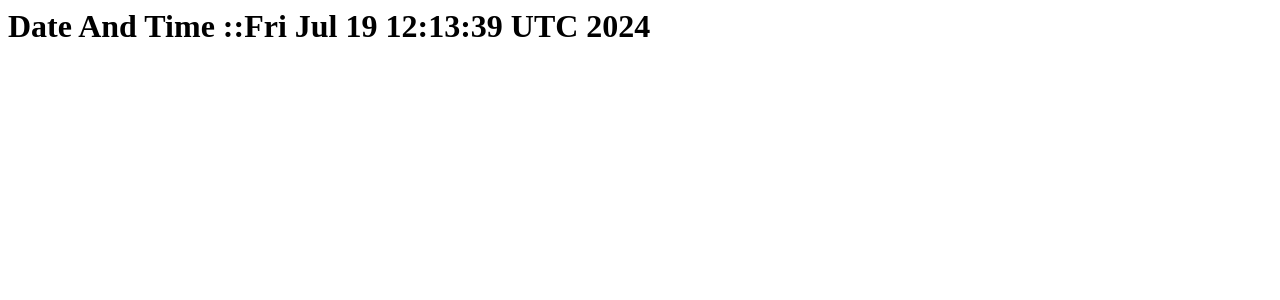
Repository: shailaja9p/Docker-webapp1
Page: http://localhost/Docker-webapp/dateUrl
The author's editor kept a copy of each file at every save. The page is drawn from the files as they stood at one save, then again after the next save.
The browser window is 1280 px wide. The pictures show the whole page.
The page is served by Tomcat 10.

Above is the page before, as saved 2024-07-19 12:43:23.

After the next save:
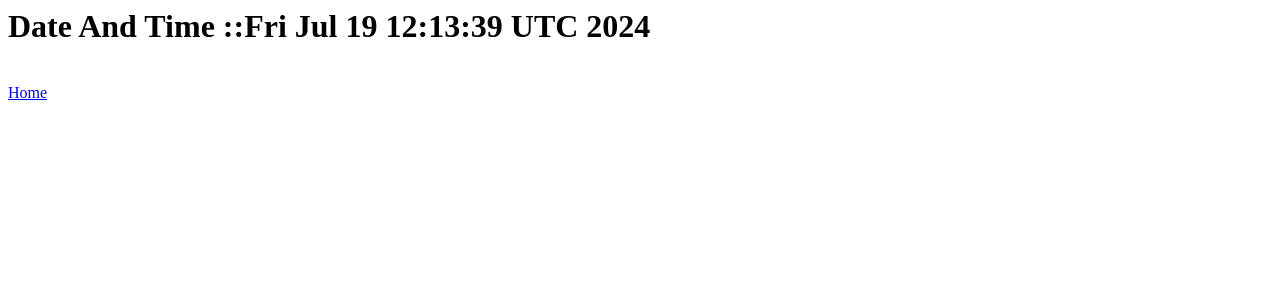
Saved 57 min 43 s later.
--- a/Docker-webapp/src/main/java/DateServlet.java
+++ b/Docker-webapp/src/main/java/DateServlet.java
@@ -19,6 +19,7 @@ public class DateServlet extends HttpServlet {
 
 		Date d= new Date();
 		pw.println("<h1>Date And Time ::"+d+"</h1>");
+		pw.println("<br><a href='index.jsp'>Home</a>");
 		pw.close();
 	}
 
